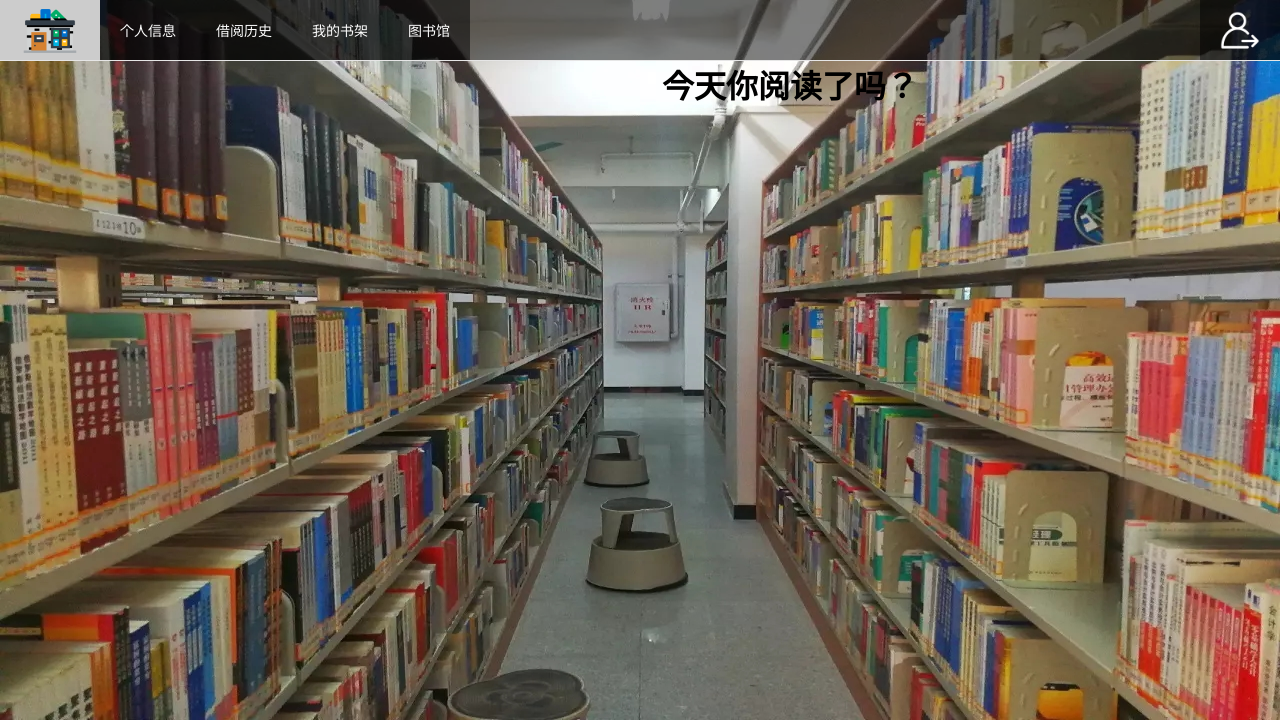
Repository: Akron-xz/helloVue
Page: /#/user (app in vue-library/)
An editor plug-in stored every save of this project. The page is shown before and after the next save, followed by the edit.
The browser window is 1280 px wide. The pictures show the whole page.
The project was rebuilt for these pictures with package versions that can differ from the ones it lists, and the page was loaded fresh each time. Also part of the build but not shown: vue-library/src/components/homeNav.vue, vue-library/src/views/Home.vue.

Above is the page before, as saved 2020-11-25 09:20:00.

After the next save:
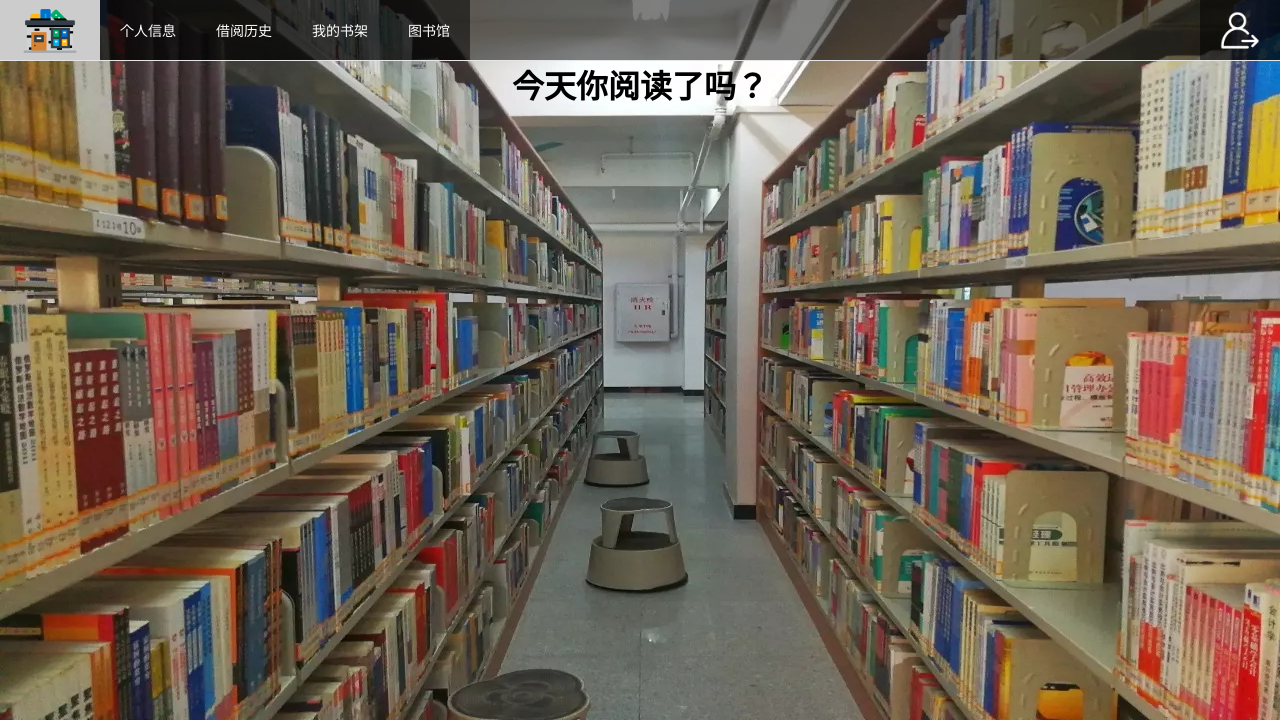
Saved 21 s later.
--- a/vue-library/src/views/User.vue
+++ b/vue-library/src/views/User.vue
@@ -44,7 +44,7 @@ export default {
 .user-container .title{
     align-items: center;
     margin-top: 0px;
-    margin-left: 50%;
+    margin: auto;
     color: black;
     width: 300px;
 }
